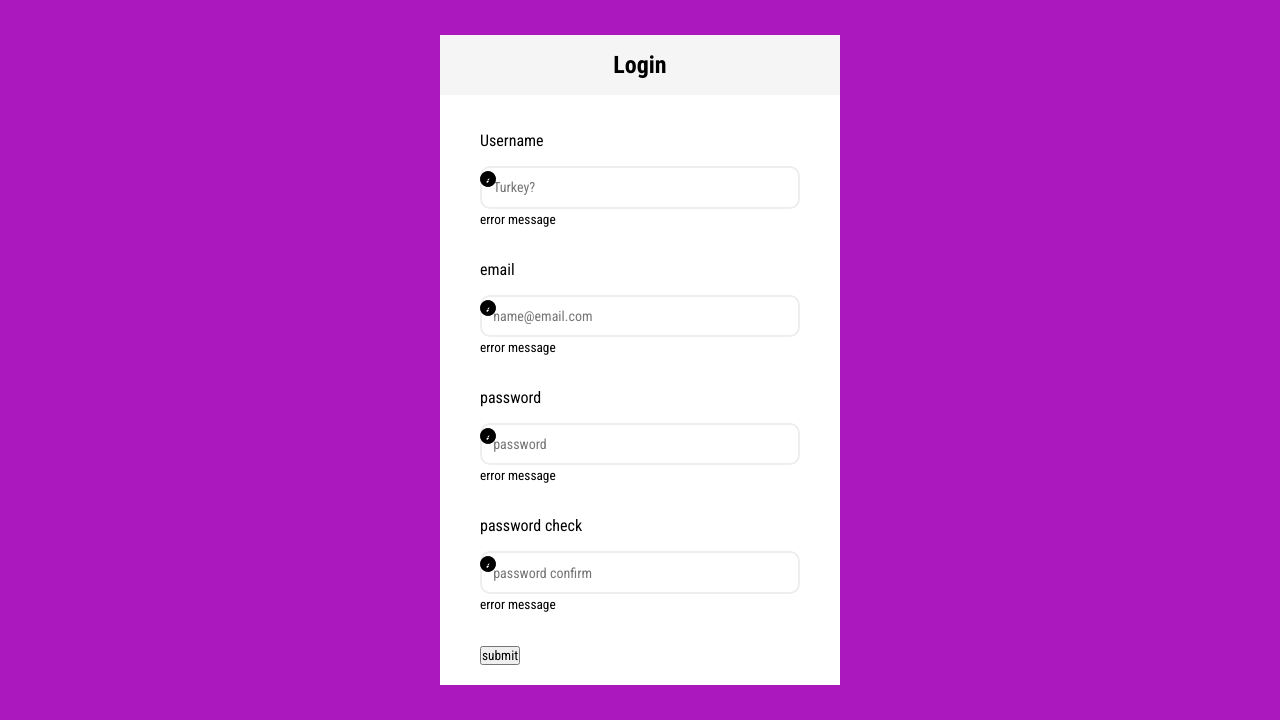
Repository: Abdoulrhman-altyeb/form-_validation-
Page: index.html
An editor plug-in stored every save of this project. The page is shown before and after a run of saves, followed by the edit.
The browser window is 1280 px wide. The pictures show the whole page.

Above is the page before, as saved 2021-05-23 20:49:12.

After the next 3 saves:
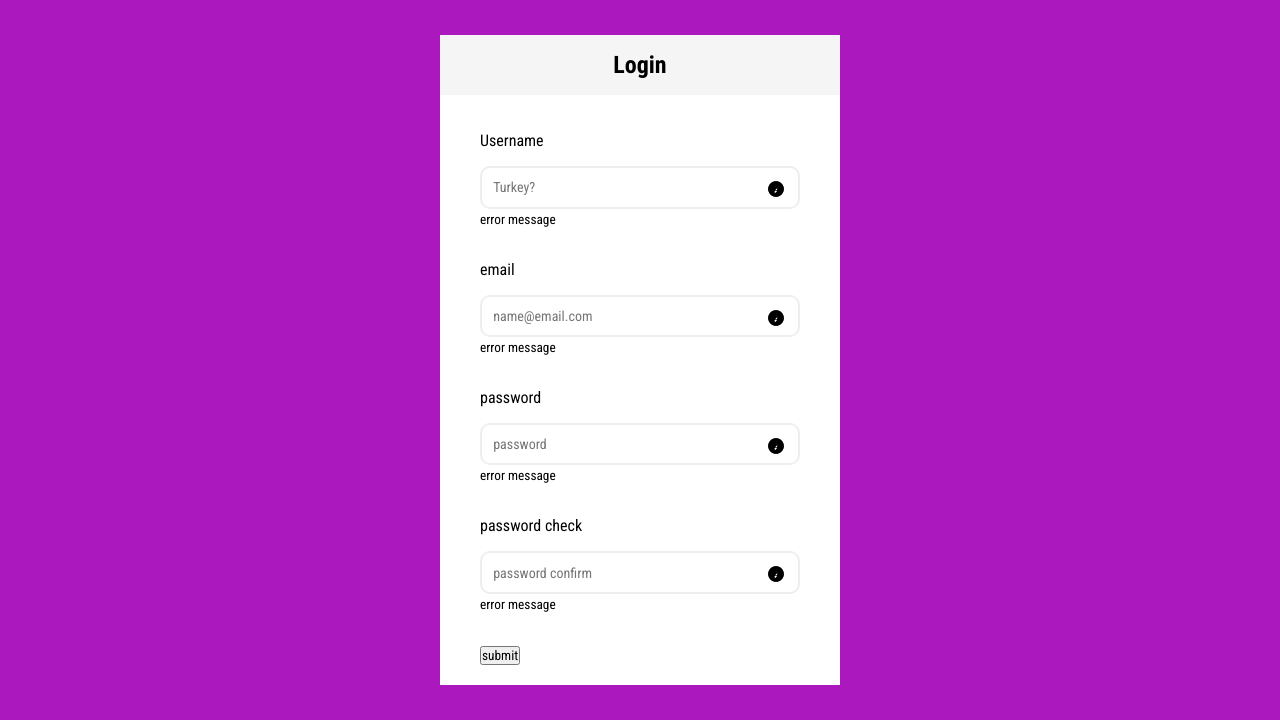
The 3 saves are shown as one change because they came seconds apart.
The last was saved 10 s later.
--- a/style.css
+++ b/style.css
@@ -47,5 +47,6 @@ body{
 }
 .form-control i {
     position: absolute;
-    top: 40px;
+    top: 50px;
+    right:1rem;
 }
